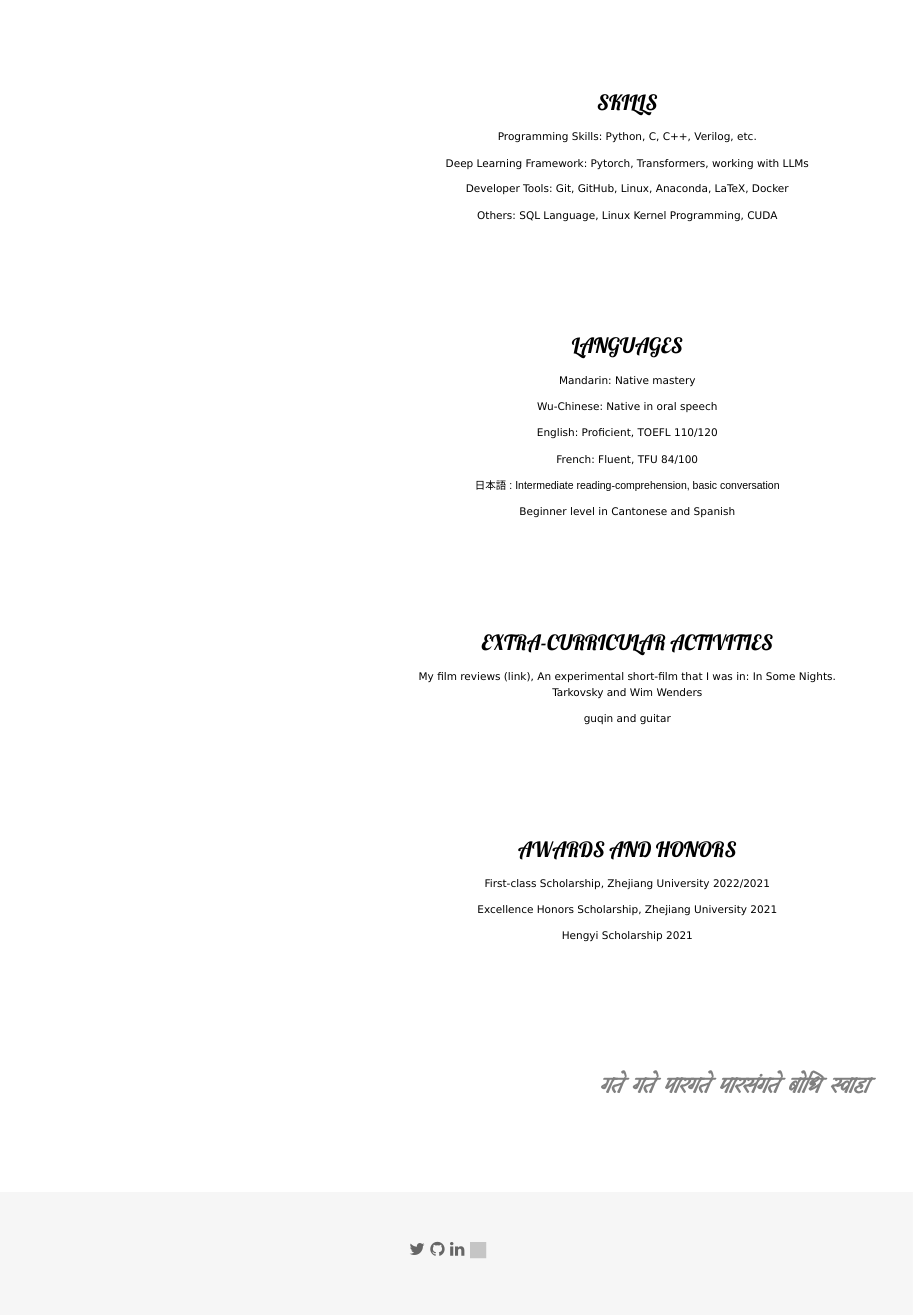
Repository: Ej-zhou/ej-zhou.github.io
Page: index.html
The author's editor kept a copy of each file at every save. The page is drawn from the files as they stood at one save, then again after the next save.
The browser window is 1280 px wide. The page is 1304 px wide, so the pictures cover 1304 px, including what lies to the right of the window. The pictures show the part of the page from y = 4397 to 6277 px (the page is 6276 px tall before and 6277 px after), at 70% of full size.
Pictures or frames that could not be fetched are drawn as grey boxes. Some web fonts or font styles are not loaded; a fallback is used.

Above is the page before, as saved 2023-08-12 15:24:46.

### index.html
<!DOCTYPE html>

<html>
<head>
<title>
     Zhou, Ej
    </title>
<meta charset="utf-8"/>
<meta content="width=device-width, initial-scale=1" name="viewport"/>
<link href="https://www.w3schools.com/w3css/4/w3.css" rel="stylesheet"/>
<link href="https://fonts.googleapis.com/css?family=Lobster" rel="stylesheet"/>
<link href="https://cdnjs.cloudflare.com/ajax/libs/font-awesome/4.7.0/css/font-awesome.min.css" rel="stylesheet"/>
<link href="https://fonts.googleapis.com/css2?family=Noto+Sans+SC&amp;display=swap" rel="stylesheet"/>
<style>
     /* body, h1, h2, h3, h4, h5, h6 {font-family: "Lobster", sans-serif} */
     h1, h2, h3, h4, h5, h6 {font-family: "Lobster", sans-serif}
     .w3-row-padding img {margin-bottom: 12px}
     /* .bgimg {
       background-position: center;
       background-repeat: no-repeat;
       background-size: cover;
       background-image: url('https://www.w3schools.com/w3images/profile_girl.jpg');
       min-height: 100%;
     } */
    @font-face {
      font-family: 'YanShiFoXiTi';
      src: url('fonts/YanShiFoXiTi/Slidefu-Regular-2.ttf'); /* Change the extension to match your file */
    }

    @font-face {
    font-family: 'Aakar Regular';
    src: url('fonts/Aakar Regular/Aakar Regular.ttf') format('truetype'); /* Update the path if needed */
    }

    @font-face {
        font-family: 'vesper_libre';
        src: url("fonts/Vesper_Libre/VesperLibre-Bold.ttf");
    }

    @font-face {
        font-family: 'kalam';
        src: url("fonts/Kalam/Kalam-Bold.ttf");
    }


    @font-face {
        font-family: 'Kurale';
        src: url("fonts/Kurale/Kurale-Regular.ttf");
    }

    @font-face {
        font-family: "Tillana";
        src: url("fonts/Tillana/Tillana-Regular.ttf");
    }


    @font-face {
        font-family: "hentaigana";
        src: url("fonts/Yuji_Hentaigana_Akebono/YujiHentaiganaAkebono-Regular.ttf");
    }

     .chinese {
      font-family: 'YanShiFoXiTi', sans-serif;
    }

    .japanese {
        font-family: 'hentaigana';
    }

    .sanskrit {
        font-family: 'Tillana';
        font-size: 33px; /* Set the font size to your desired value */
        font-style: italic;
        font-weight: bold; /* Make the text bold */
        text-align: right; /* Center align the text */
        display: block; /* Make the span a block element to occupy the full width */
        margin: 10px 0; /* Add some margin to separate it from other elements */
        color: gray; /*Set the color to your preference*/
    }
  /* Other CSS rules */

    /* Style for the sidebar container */
    .sidebar {
    width: 600px; /* Same as the desired image width */
    position: fixed; /* Fixed position */
    top: 0; /* Align with the top of the viewport */
    height: 100%; /* Full height */
    overflow: auto; /* Enable scrolling inside the sidebar */
    display: flex; /* Enable flexbox for centering */
    align-items: center; /* Center vertically */
    justify-content: center; /* Center horizontally */
    }

    /* Style for the image container */
    .image-container {
    width: 100%; /* Take up full width of the sidebar */
    text-align: left; /* Center the image horizontally */
    }



    .question-mark {
      cursor: pointer;
      font-weight: bold;
      color: gray; /* Change the color as needed */
      font-size: 40%; /* Adjust the font size to make it smaller */
      vertical-align: top; /* Display the question mark as a superscript */
    }

    .tooltip {
    display: none;
    position: absolute;
    background-color: #f9f9f9;
    padding: 5px;
    border: 1px solid #ccc;
    border-radius: 4px;
    box-shadow: 2px 2px 5px rgba(0, 0, 0, 0.1);
    font-size: 20%; /* Set to the desired font size */
    font-weight: normal; /* Set the font weight to normal */
    font-style: normal; /* Set the font style to normal */
    font-family: "Times New Roman", serif /* Set the desired font family */
    }


</style>
</head>
<!-- <body><div class="sidebar"><div class="image-container"><img alt="here should be a photo" height="400" src="pics/IMG_2185.JPG" width="600"/></div></div> -->
<body><div class="sidebar"><div class="image-container"><img alt="here should be a photo"  src="pics/photo.jpeg" width="550"/></div></div>
<!-- Sidebar with image -->
<!-- <nav class="w3-sidebar w3-hide-medium w3-hide-small" style="width:40%"> -->
<!-- <div class="bgimg"> -->
<!-- </div> -->
<!-- </nav> -->
<!-- Hidden Sidebar (reveals when clicked on menu icon)-->
<!-- <nav class="w3-sidebar w3-black w3-animate-right w3-xxlarge" id="mySidebar" style="display:none;padding-top:150px;right:0;z-index:2">
   <a class="w3-button w3-black w3-xxxlarge w3-display-topright" href="javascript:void(0)" onclick="closeNav()" style="padding:0 12px;">
    <i class="fa fa-remove">
    </i>
   </a>
   <div class="w3-bar-block w3-center">
    <a class="w3-bar-item w3-button w3-text-grey w3-hover-black" href="#" onclick="closeNav()">
     Home
    </a>
    <a class="w3-bar-item w3-button w3-text-grey w3-hover-black" href="#portfolio" onclick="closeNav()">
     Portfolio
    </a>
    <a class="w3-bar-item w3-button w3-text-grey w3-hover-black" href="#about" onclick="closeNav()">
     About
    </a>
    <a class="w3-bar-item w3-button w3-text-grey w3-hover-black" href="#contact" onclick="closeNav()">
     Contact
    </a>
   </div>
  </nav> -->

<!-- Page Content -->
<div class="w3-main w3-padding-large" style="margin-left:40%">
<!-- Menu icon to open sidebar -->
<span class="w3-button w3-top w3-white w3-xxlarge w3-text-grey w3-hover-text-black" onclick="openNav()" style="width:auto;right:0;">
<i class="fa fa-bars">
</i>
</span>
<!-- Header -->
<header class="w3-container w3-center" id="home" style="padding:128px 16px">

<h1 class="w3-jumbo">
    <b> <span class="chinese">周逸杰</span>           </b>
</h1>



<h1 class="w3-jumbo">
<b>
        ZHOU, EJ
      </b>
      <span class="question-mark">?</span>
      <span class="tooltip">
        My given name is <i>Yijie</i>, and my family name <i>Zhou</i>. <i>Ej</i> is my preferred name, and <b>we</b> put our family name in the front.
      </span>




</h1>
<p>
     Where shall I begin...
    </p>
<!-- <img class="w3-image w3-hide-large w3-hide-small w3-round" src="https://www.w3schools.com/w3images/profile_girl.jpg" style="display:block;width:60%;margin:auto;"/> -->
<!-- <img class="w3-image w3-hide-large w3-hide-medium w3-round" height="1333" src="https://www.w3schools.com/w3images/profile_girl.jpg" width="1000">
<button class="w3-button w3-light-grey w3-padding-large w3-margin-top">
<i class="fa fa-download">
</i>
      CV
    </button>
</img></header> -->
<!-- Portfolio Section -->
<!-- <div class="w3-padding-32 w3-content" id="portfolio">
    <h2 class="w3-text-grey">
     My Portfolio
    </h2>
    <hr class="w3-opacity"/> -->
<!-- Grid for photos -->
<!-- <div class="w3-row-padding" style="margin:0 -16px"> -->
<!-- <div class="w3-half">
      <img src="https://www.w3schools.com/w3images/wedding.jpg" style="width:100%"/>
      <img src="https://www.w3schools.com/w3images/rocks.jpg" style="width:100%"/>
      <img src="https://www.w3schools.com/w3images/sailboat.jpg" style="width:100%"/>
     </div>
     <div class="w3-half">
      <img src="https://www.w3schools.com/w3images/underwater.jpg" style="width:100%"/>
      <img src="https://www.w3schools.com/w3images/chef.jpg" style="width:100%"/>
      <img src="https://www.w3schools.com/w3images/wedding.jpg" style="width:100%"/>
      <img src="https://www.w3schools.com/w3images/p6.jpg" style="width:100%"/>
     </div> -->
<!-- End photo grid -->
<!-- </div> -->
<!-- End Portfolio Section -->
<!-- </div> -->
<!-- About Section -->
<div class="w3-content w3-justify w3-text-grey w3-padding-32" id="about">
<h2>
     About
    </h2>
<hr class="w3-opacity"/>
<p>
    I am an undergraduate student in Zhejiang Unviersity. I am interested in NLP and AI. I am currently working on a project about building a corpus for cross-lingual summarization. I am also interested in the intersection of NLP and other fields, such as psychology and philosophy. I am also interested in the application of NLP in the field of education. I am currently working on a project about building a corpus for cross-lingual summarization. I am also interested in the intersection of NLP and other fields, such as psychology and philosophy. I am also interested in the application of NLP in the field of education. I am currently working on a project about building a corpus for cross-lingual summarization. I am also interested in the intersection of NLP and other fields, such as psychology and philosophy. I am also interested in the application of NLP in the field of education.
    </p>
<h3 class="w3-padding-16">
<!-- My Skills
    </h3>
    <p class="w3-wide">
     Photography
    </p>
    <div class="w3-light-grey">
     <div class="w3-container w3-center w3-padding-small w3-dark-grey" style="width:95%">
      95%
     </div>
    </div>
    <p class="w3-wide">
     Web Design
    </p>
    <div class="w3-light-grey">
     <div class="w3-container w3-center w3-padding-small w3-dark-grey" style="width:85%">
      85%
     </div>
    </div>
    <p class="w3-wide">
     Photoshop
    </p>
    <div class="w3-light-grey">
     <div class="w3-container w3-center w3-padding-small w3-dark-grey" style="width:80%">
      80%
     </div>
    </div>
    <br/>
    <div class="w3-row w3-center w3-dark-grey w3-padding-16 w3-section">
     <div class="w3-quarter w3-section">
      <span class="w3-xlarge">
       14+
      </span> -->
<!-- <br/>
      Partners
     </div>
     <div class="w3-quarter w3-section">
      <span class="w3-xlarge">
       55+
      </span>
      <br/>
      Projects Done
     </div>
     <div class="w3-quarter w3-section">
      <span class="w3-xlarge">
       89+
      </span>
      <br/>
      Happy Clients
     </div>
     <div class="w3-quarter w3-section">
      <span class="w3-xlarge">
       150+
      </span>
      <br/>
      Meetings
     </div>
    </div>
    <button class="w3-button w3-light-grey w3-padding-large w3-section">
     <i class="fa fa-download">
     </i>
     Download Resume -->
<!-- </button> -->
<!-- Testimonials -->
<!-- <h3 class="w3-padding-24">
     My Reputation
    </h3>
    <img alt="Avatar" class="w3-left w3-circle w3-margin-right" src="https://www.w3schools.com/w3images/avatar_smoke.jpg" style="width:80px"/>
    <p>
     <span class="w3-large w3-text-black w3-margin-right">
      Chandler Bing.
     </span>
     Web Designer.
    </p>
    <p>
     Jane Doe is just awesome. I am so happy to have met her!
    </p>
    <br/>
    <img alt="Avatar" class="w3-left w3-circle w3-margin-right" src="https://www.w3schools.com/w3images/bandmember.jpg" style="width:80px"/>
    <p>
     <span class="w3-large w3-text-black w3-margin-right">
      Chris Fox.
     </span>
     CEO at Mighty Schools.
    </p>
    <p>
     Jane Doe saved us from a web disaster.
    </p>
    <br/>
    <img alt="Avatar" class="w3-left w3-circle w3-margin-right" src="https://www.w3schools.com/w3images/avatar_g2.jpg" style="width:80px"/>
    <p>
     <span class="w3-large w3-text-black w3-margin-right">
      Rebecca Flex.
     </span>
     CEO at Company.
    </p>
    <p>
     No one is better than Jane Doe.
    </p>
    <br/> -->
<!-- Grid for pricing tables -->
<!-- End About Section -->
<!-- </div> -->
<!--
  <script>
   // Open and close sidebar
function openNav() {
  document.getElementById("mySidebar").style.width = "60%";
  document.getElementById("mySidebar").style.display = "block";
}

function closeNav() {
  document.getElementById("mySidebar").style.display = "none";
}
  </script>
  <div class="w3-container w3-padding-64 w3-center"> -->

<br><br><br><br>
<!-- <h1 class="w3-jumbo">
    <b> <span class="chinese">若以色见我，以音声求我，是人行邪道，不能见如来。</span>           </b>
</h1> -->

<!-- <h1 class="w3-jumbo">
    <b> <span class="chinese">凡所有相，皆是虚妄。<br> 若见诸相非相，即见如来。</span>           </b>
</h1> -->

<h1 class="w3-jumbo">
    <b> <span class="chinese">远离颠倒梦想，究竟涅槃。</span>           </b>
</h1>

<!--
<h1 class="w3-jumbo">
    <b> <span class="chinese">无苦、集、灭、道，无智亦无得</span>           </b>
</h1>  -->


<p>
</p>
</h3></div>
<div class="w3-container w3-padding-64 w3-center">
<h2>
    EDUCATION BACKGROUND
   </h2>
   <hr class="w3-opacity"/>
<p>
    College of Computer Science and Technology Hangzhou, China &amp; CKC Honors College, Zhejiang University
   </p>
<p>
    Sept 2020 - Jun 2024(Expected)
   </p>
<p>
    Bachelor of Science in Computer Science
   </p>
<p>
    Overall GPA: 3.99/4.0; 91.19/100 Major GPA: 4.0/4.0
   </p>
<p>
    GRE: 330 + AW4.0
   </p>
<p>
    WestLake NLP Lab, Westlake University Hangzhou, China
   </p>
<p>
    Research Internship &amp; Visiting Student Sept 2022 - Jan 2023
   </p>
<p>
    College of Engineering, Cornell University Ithaca, NY
   </p>
<p>
    Exchange Student Jan 2023 - May 2023
   </p>
s   <p>
    Courses include: Computational Linguistics, Language and Information, Historical Linguistics
   </p>
</div>



<div class="w3-container w3-padding-64 w3-center">
<h2>
    EXPERIENCE
   </h2>
<p>
    Hangzhou City Brain
   </p>
<p>
    Sept 2022 - Aug 2022
   </p>
<p>
    Internship Hangzhou, China
   </p>
<p>
    Assisted in the maintenance of the Integrated Resources System working on database systems.
   </p>
<p>
    Westlake University
   </p>
<p>
    Sept 2022 - Feb 2023
   </p>
<p>
    Project: Building ConvSumX, an XLS corpus
   </p>
<p>
    Hangzhou, China
   </p>
<p>
    Research Intern in WestLake NLP Lab Advisor: Yue Zhang
   </p>
<p>
    Spearheaded the Corpus-Annotation and Corpus-Evaluation team in the creation of the corpus.
   </p>
<p>
    Conducted experiments by fine-tuning mBART model using various corpora on NVIDIA A100 GPUs.
   </p>
<p>
    Delivered comprehensive analysis of both existing XLS corpora and experimental outcomes
   </p>
<p>
    Paper Writing
   </p>
<p>
    Cornell University
   </p>
<p>
    Feb 2023 - Apr 2023
   </p>
<p>
    Project: Persuasive Chatbot
   </p>
<p>
    Ithaca, NY
   </p>
<p>
    Developed an automated chatbot capable of detecting factual inaccuracies during conversations, and providing accurate information supported by evidence
   </p>
</div>



<div class="w3-container w3-padding-64 w3-center">
<h2>
    PUBLICATION
   </h2>
<p>
    [1] Yulong Chen, Huajian Zhang, Yijie Zhou, Xuefeng Bai, Yueguan Wang, Ming Zhong, Jianhao Yan, Yafu Li, Judy Li, Michael Zhu and Yue Zhang:
   </p>
<p>
    Revisiting Cross-Lingual Summarization: A Corpus-based Study and A New Benchmark with Improvement Annotation, submitted to ACL 2023
   </p>
</div>
<div class="w3-container w3-padding-64 w3-center">
<h2>
    AWARDS AND COMPETITIONS
   </h2>
<p>
    Zhejiang Lab Cup Global AI Competition, Third Prize
   </p>
<p>
    Oct 2021
   </p>
<p>
    Hangzhou, China
   </p>
<p>
    Zhejiang University Programming Contest, Third Prize
   </p>
<p>
    Oct 2021
   </p>
<p>
    Hangzhou, China
   </p>
</div>
<div class="w3-container w3-padding-64 w3-center">
<h2>
    SELECTED COURSE-WORKS
   </h2>
<p>
    Parallel Computing and Neural Networks
   </p>
<p>
    Jul 2021 - Aug 2021
   </p>
<p>
    Coursework for Integrate Practice for Courses I: Supercomputing; score 97/100
   </p>
<p>
    Enhanced GEMM performance by over 100x using OpenMP and MPI on a computing cluster.
   </p>
<p>
    Developed a CNN from scratch using PyTorch for handwriting recognition and object recognition.
   </p>
<p>
    Mini-SQL GitHub
   </p>
<p>
    May 2022 - Jun 2022
   </p>
<p>
    Coursework for Database System; score 98/100
   </p>
<p>
    Developed a compact single-user SQL engine (DBMS) supporting fundamental database operations and implemented an index-manager for record handling using a custom-designed B+-tree data structure.
   </p>
<p>
    Socket and Web-server
   </p>
<p>
    Oct 2022 - Dec 2022
   </p>
<p>
    Coursework for Computer Network; score 96/100
   </p>
<p>
    Developed a custom TCP-based communication protocol.
   </p>
<p>
    Constructed a lightweight web server capable of parsing HTTP protocol and accepting browser access without relying on any pre-built libraries.
   </p>
</div>
<div class="w3-container w3-padding-64 w3-center">
<h2>
    SKILLS
   </h2>
<p>
    Programming Skills: Python, C, C++, Verilog, etc.
   </p>
<p>
    Deep Learning Framework: Pytorch, Transformers, working with LLMs
   </p>
<p>
    Developer Tools: Git, GitHub, Linux, Anaconda, LaTeX, Docker
   </p>
<p>
    Others: SQL Language, Linux Kernel Programming, CUDA
   </p>
</div>
<div class="w3-container w3-padding-64 w3-center">
<h2>
    LANGUAGES
   </h2>
<p>
    Mandarin: Native mastery
   </p>
<p>
    Wu-Chinese: Native in oral speech
   </p>
<p>
    English: Proficient, TOEFL 110/120
   </p>
<p>
    French: Fluent, TFU 84/100
   </p>
<p>
    <span class="chinese"> 日本語 </japanese>: Intermediate reading-comprehension, basic conversation
   </p>
<p>
    Beginner level in Cantonese and Spanish
   </p>
</div>
<div class="w3-container w3-padding-64 w3-center">
<h2>
    EXTRA-CURRICULAR ACTIVITIES
   </h2>
<p>
    My film reviews (link), An experimental short-film that I was in: In Some Nights. Tarkovsky and Wim Wenders
   </p>
<p>
    guqin and guitar
   </p>
</div>
<div class="w3-container w3-padding-64 w3-center">
<h2>
    AWARDS AND HONORS
   </h2>
<p>
    First-class Scholarship, Zhejiang University 2022/2021
   </p>
<p>
    Excellence Honors Scholarship, Zhejiang University 2021
   </p>
<p>
    Hengyi Scholarship 2021
   </p>
</div>

<!-- Contact Section -->


<!-- <div class="w3-padding-32 w3-content w3-text-grey" id="contact" style="margin-bottom:64px">
<h2>
       Contact Me
      </h2>
<hr class="w3-opacity"/>
<div class="w3-section">
<p>
<i class="fa fa-map-marker fa-fw w3-xxlarge w3-margin-right">
</i>
        New Haven, CT
       </p>
<p>
<i class="fa fa-phone fa-fw w3-xxlarge w3-margin-right">
</i>
        Phone: +1 (607) 327-2411 / +86 188-0671-8188
       </p>
<p>
<i class="fa fa-envelope fa-fw w3-xxlarge w3-margin-right">
</i>
        Email: e.j.zhou@zju.edu.cn / yz2876@cornell.edu
       </p> -->
<br><br><br><br>
<b> <span class="sanskrit">गते गते पारगते पारसंगते बोधि स्वाहा</span>           </b>


</div>
<!-- Image of location/map -->
<!-- <img class="w3-image w3-greyscale" src="https://www.w3schools.com/w3images/map.jpg" style="width:100%;margin:32px 0"/> -->
<!-- <p>
       Lets get in touch. Send me a message:
      </p> -->
<!-- <form action="/action_page.php" target="_blank"> -->
<!-- <p>
<input class="w3-input w3-padding-16 w3-border" name="Name" placeholder="Name" required="" type="text"/>
</p>
<p>
<input class="w3-input w3-padding-16 w3-border" name="Email" placeholder="Email" required="" type="text"/>
</p>
<p>
<input class="w3-input w3-padding-16 w3-border" name="Subject" placeholder="Subject" required="" type="text"/>
</p>
<p>
<input class="w3-input w3-padding-16 w3-border" name="Message" placeholder="Message" required="" type="text"/>
</p>
<p>
<button class="w3-button w3-light-grey w3-padding-large" type="submit">
<i class="fa fa-paper-plane">
</i>
         SEND MESSAGE
        </button>
</p> -->
<!-- </form> -->
<!-- End Contact Section -->


</div>



<!-- Footer. This section contains an ad for W3Schools Spaces. You can leave it to support us. -->

<footer class="w3-container w3-padding-64 w3-light-grey w3-center w3-opacity w3-xlarge" style="margin:-24px">
    <!-- <a href="https://www.facebook.com/yourusername" target="_blank"><i class="fa fa-facebook-official w3-hover-opacity"></i></a> -->
    <!-- <a href="https://www.instagram.com/yourusername" target="_blank"><i class="fa fa-instagram w3-hover-opacity"></i></a> -->
    <!-- <a href="https://www.snapchat.com/yourusername" target="_blank"><i class="fa fa-snapchat w3-hover-opacity"></i></a> -->
    <!-- <a href="https://www.pinterest.com/yourusername" target="_blank"><i class="fa fa-pinterest-p w3-hover-opacity"></i></a> -->
    <a href="https://twitter.com/ej_2876" target="_blank"><i class="fa fa-twitter w3-hover-opacity"></i></a>
    <a href="https://github.com/cyber-e-j" target="_blank"><i class="fa fa-github w3-hover-opacity"></i></a> <!-- GitHub Link -->
    <a href="https://www.linkedin.com/in/ej-zhou-1600a7264/" target="_blank"><i class="fa fa-linkedin w3-hover-opacity"></i></a>
    <!-- <a href="https://scholar.google.com/citations?authuser=1&user=e8yGb7IAAAAJ" target="_blank"><i class="fa-brands fa-google"></i></a> Google Scholar Link -->
    <a href="https://scholar.google.com/citations?authuser=1&user=e8yGb7IAAAAJ" target="_blank"><img width="24" height="24" src="https://img.icons8.com/material-two-tone/384/google-scholar.png" alt="google-scholar" class="w3-hover-opacity" /></a> <!-- Google Scholar Link -->

    <!-- Additional content -->
    <p class="w3-small">
      <!-- This website was made with W3schools Spaces. Make your own free website today! -->
    </p>
    <!-- <a class="w3-button w3-round-xxlarge w3-small w3-dark-grey" href="https://www.w3schools.com/spaces" target="_blank">
       Start now
      </a> -->
    <!-- End footer -->
  </footer>

</div>



<script>
    const questionMark = document.querySelector('.question-mark');
    const tooltip = document.querySelector('.tooltip');

    questionMark.addEventListener('mouseover', () => {
      tooltip.style.display = 'inline-block';
    });

    questionMark.addEventListener('mouseout', () => {
      tooltip.style.display = 'none';
    });

    // Optional: If you want to hide the tooltip when the mouse moves away from it, add the following code
    tooltip.addEventListener('mouseout', () => {
      tooltip.style.display = 'none';
    });
  </script>


</body>

  <!-- END PAGE CONTENT -->
  </html>

After the next save:
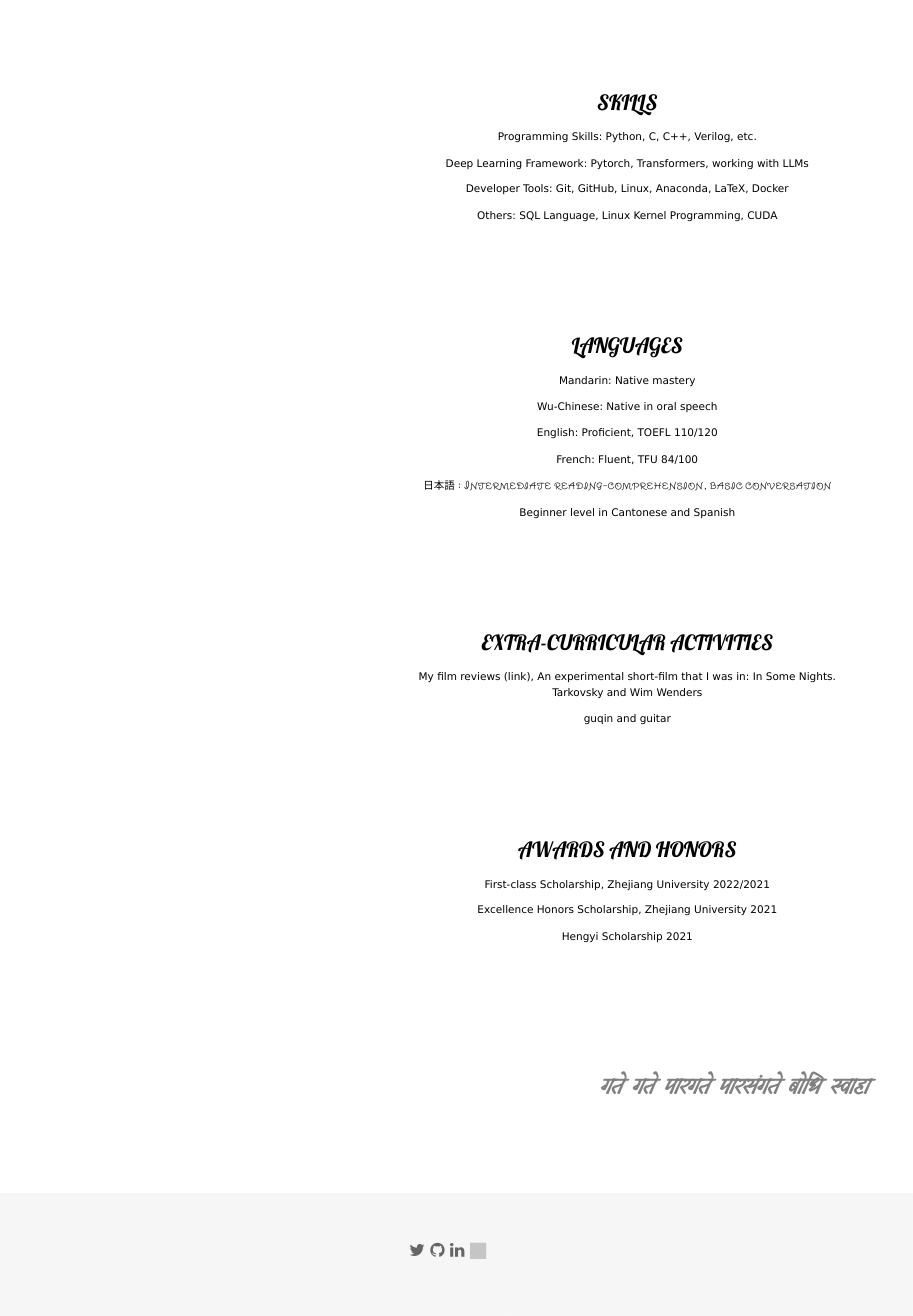
Saved 4 s later.
--- a/index.html
+++ b/index.html
@@ -580,7 +580,7 @@
     French: Fluent, TFU 84/100
    </p>
 <p>
-    <span class="chinese"> 日本語 </japanese>: Intermediate reading-comprehension, basic conversation
+    <span class="japanese"> 日本語 </japanese>: Intermediate reading-comprehension, basic conversation
    </p>
 <p>
     Beginner level in Cantonese and Spanish
